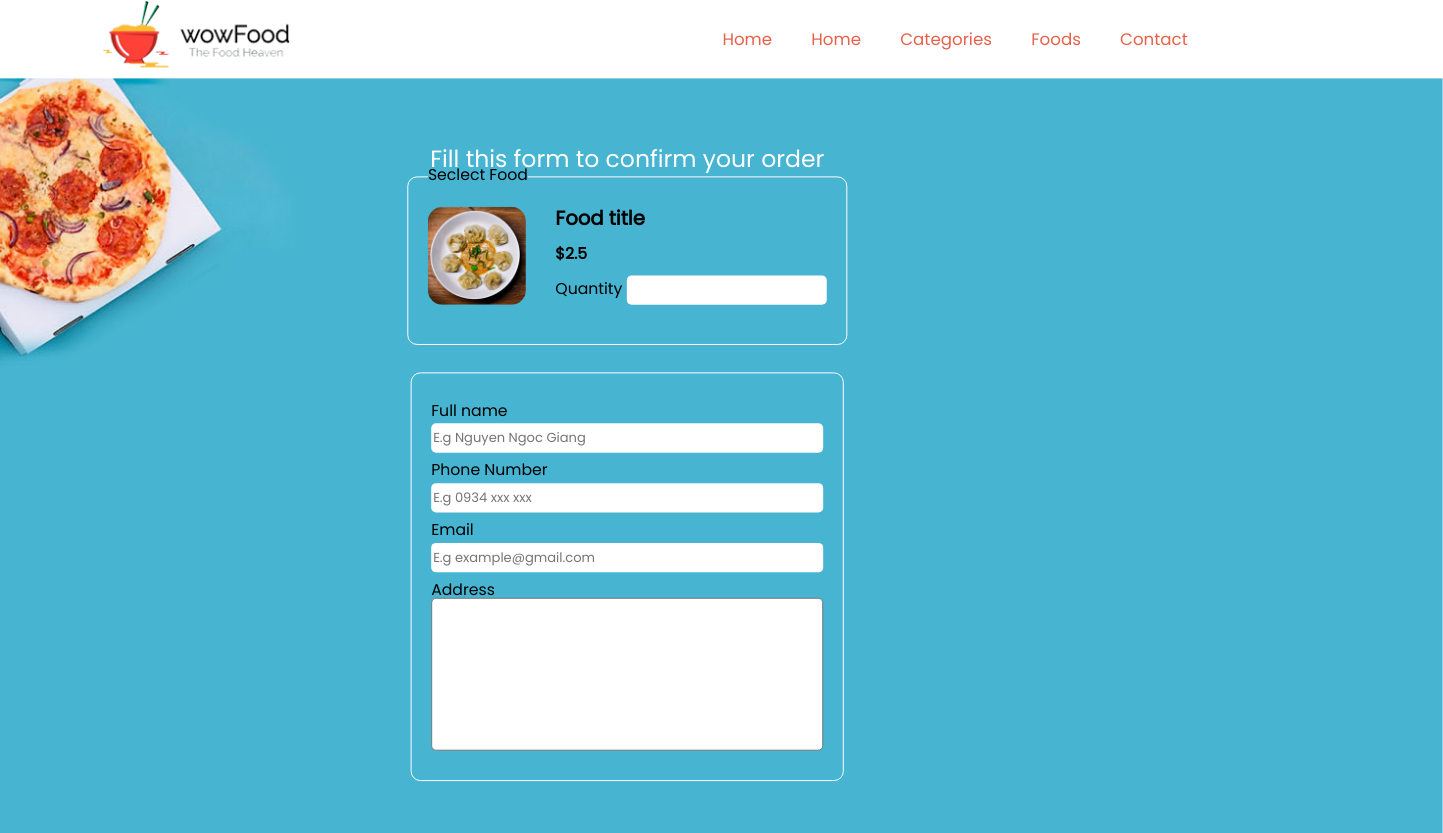
Repository: ruaruababa/WowFood
Page: order.html
These files come from the project's save history. The page is drawn as it stood at one moment and after a run of saves; the edit follows.
The browser window is 1280 px wide. The page is 1472 px wide, so the pictures cover 1472 px, including what lies to the right of the window. The pictures show the whole page, at 98% of full size.

Above is the page before, as saved 2021-09-19 22:42:29.

### order.html
<!DOCTYPE html>
<html lang="en">

<head>
    <meta charset="UTF-8">
    <meta http-equiv="X-UA-Compatible" content="IE=edge">
    <meta name="viewport" content="width=device-width, initial-scale=1.0">
    <title>Order Food</title>
    <link rel="stylesheet" href="./style.css">
    <link rel="stylesheet" href="./reset.css">
    <link rel="stylesheet" href="./order.css">
    <link rel="preconnect" href="https://fonts.googleapis.com" />
    <link rel="preconnect" href="https://fonts.gstatic.com" crossorigin />
    <link
      href="https://fonts.googleapis.com/css2?family=Poppins:wght@400&display=swap"
      rel="stylesheet"
    />
</head>

<body>
    <nav>
        <input type="checkbox" id="check" />
        <label for="check" class="checkbtn">
            <i class="fas fa-bars"></i>
        </label>
        <label class="logo">
            <img src="./img/logo.png" alt="" class="img-logo" />
        </label>
        <ul class="navbar">
            <li><a class="active" href="#">Home</a></li>
            <li><a href="#">Home</a></li>
            <li><a href="#">Categories</a></li>
            <li><a href="#">Foods</a></li>
            <li><a href="#">Contact</a></li>
        </ul>
    </nav>
    <section id=section-order>
        <img src="./bgorder.jpg" alt="" class="bgr" style="position: absolute; z-index: -1;">
        <div class="container-order">
            <form action="">
                <h3 class="title-order">Fill this form to confirm your order</h3>
                <div class="container-seclect-food">
                    <div class="img-food">
                        <!-- <label for="" class="seclect">Seclect Food</label> -->
                        <img src="./img/menu-momo.jpg" alt="" class="bgr-item" />
                    </div>
                    <div class="content-food">
                        <h6 class="title-item">Food title</h6>
                        <span class="price-item">$2.5</span>
                        <label for="" class="quantity">Quantity</label>
                        <input type="number" min="1" max="100" class="inp-number">
                    </div>
                </div>
                <div class="container-delivery-title">
                    <lable class="full-name">Full name</lable>
                    <input type="text" placeholder="E.g Nguyen Ngoc Giang">
                    <lable class="phone-number">Phone Number</lable>
                    <input type="text" placeholder="E.g 0934 xxx xxx">
                    <lable class="email">Email</lable>
                    <input type="text" placeholder="E.g example@gmail.com">
                    <lable class="Address">Address</lable>
                    <textarea name="address" id="" cols="30" rows="10" style="resize: none; border-radius: 5px;"></textarea>


                </div>
            </form>
        </div>
    </section>
</body>

</html>

### style.css

li {
  text-decoration: none;
}

a {
  text-decoration: none;
}

nav {
  height: 80px;
  width: 100%;
}

label.logo {
  padding: 0 100px;
}

nav ul {
  float: right;
  margin-right: 50px;
}

nav ul li {
  display: inline-block;
  line-height: 80px;
  margin: 0 5px;
  font-family: "Poppins", sans-serif;
}

nav ul li a {
  color: #e7614a;
  font-size: 17px;
  padding: 7px 13px;
  border-radius: 3px;
}

.checkbtn {
  font-size: 30px;
  color: white;
  float: right;
  line-height: 80px;
  margin-right: 40px;
  cursor: pointer;
  display: none;
}

#check {
  display: none;
}

ul:hover li {
  filter: blur(3px);
  opacity: 0.5;
  transform: scale(0.98);
  box-shadow: none;
}

ul:hover li:hover {
  transform: scale(1.1);
  filter: blur(0px);
  opacity: 1;
  box-shadow: 0 8px 20px 0px rgba(0, 0, 0, 0.125);
}

.container-section-search {
  position: relative;
  text-align: center;
  margin-top: 15px;
}

.background-search {
  height: 250px;
}

.background-search img {
  height: inherit;
  width: 100%;
  object-fit: cover;
}

.form {
  width: 100%;
  position: absolute;
  top: 50%;
  left: 50%;
  transform: translate(-50%, -50%);
  height: 22px;
}

.input-search {
  width: 35%;
  height: inherit;
}

.btn-search {
  background-color: rgba(250, 59, 59, 0.849);
  border: none;
  border-radius: 5px;
  font-size: 14px;
  color: white;
  cursor: pointer;
  padding: 3px;
}

#section-collection {
  position: relative;
}

.container-section-collection {
  height: max-content;
}

.explore-food {
  padding-top: 70px;
  text-align: center;
  font-size: 24px;
  font-family: "Poppins", sans-serif;
}

.collection-food {
  width: 100%;
}

.list-food {
  margin-top: 50px;
  display: flex;
  justify-content: center;
  column-gap: 50px;
}

.list-food li {
  width: 330px;
  height: 400px;
  transition: 0.2s all;
}

.list-food li:hover {
  transform: scale(0.95);
}

.list-food li img {
  width: 100%;
  height: 100%;
  object-fit: cover;
  border-radius: 10px;
}

.list-food li span {
  font-family: "Poppins", sans-serif;
  display: block;
  font-size: 20px;
  text-align: center;
  color: #ffffff;
  margin-top: -50px;
}

article {
  background-color: #ececec;
}

.title-food-menu {
  padding-top: 70px;
  font-size: 24px;
  text-align: center;
  font-family: "Poppins", sans-serif;
}

.container-menu {
  padding-top: 50px;
  display: grid;
  grid-gap: 20px;
  grid-template-columns: repeat(auto-fit, minmax(550px, 1fr));
  grid-auto-rows: 180px;
  justify-items: center;
  font-family: "Poppins", sans-serif;
}

.container-item:nth-child(odd) {
  justify-self: end;
}

.container-item:nth-child(even) {
  justify-self: start;
}

.container-item {
  background-color: #ffffff;
  display: flex;
  align-items: center;
  border-radius: 15px;
}

.container-item img {
  width: 25%;
  height: 70%;
  object-fit: cover;
  border-radius: 15px;
  margin: 0 28px;
}

.container-item .item-content {
  width: 100%;
  height: 70%;
  object-fit: cover;
  border-radius: 15px;
  margin: 0 28px;
}

.item-content {
  display: inline-block;
}

.title-item {
  font-size: 16px;
  font-weight: bold;
  line-height: 25px;
}

.price-item {
  line-height: 25px;
  font-weight: bold;
}

.des-item {
  font-size: 14px;
  line-height: 20px;
  color: #747d9c;
}

.oder-item {
  text-decoration: none;
  background-color: #f56b81;
  color: white;
  border-radius: 5px;
  padding: 3px;
  display: inline-block;
}

.footer-food-menu {
  margin-top: 30px;
}

.see-all-foods {
  display: block;
  text-align: center;
  text-decoration: none;
  color: #f56b81;
  padding-bottom: 50px;
  font-family: "Poppins", sans-serif;
  transition: 0.2s all;
}

.see-all-foods:hover {
  text-decoration: underline;
  transform: scale(1.1);
}

.social-network-icon {
  display: flex;
  justify-content: center;
  margin-top: 30px;
}

.icon-insta {
  margin: 0 30px;
}

.license {
  margin-top: 40px;
  margin-bottom: 30px;
  font-family: "Poppins", sans-serif;
}

.license p {
  text-align: center;
}

.license p a {
  text-decoration: none;
  color: #e7614a;
}

@media (max-width: 952px) {
  label.logo {
    padding-left: 50px;
  }

  nav ul li a {
    font-size: 16px;
  }

  .container-item:nth-child(odd) {
    justify-self: center;
  }

  .container-item:nth-child(even) {
    justify-self: center;
  }
}

@media (max-width: 858px) {
  i {
    color: black;
  }

  .checkbtn {
    display: block;
  }

  .navbar {
    position: fixed;
    width: 100%;
    height: 250px;
    left: -100%;
    text-align: center;
    transition: all 0.5s;
    z-index: 2;
    background-color: #ffffff;
  }

  nav ul li {
    display: block;
    margin: 10px 0;
    line-height: 30px;
  }

  nav ul li a {
    font-size: 20px;
  }

  #check:checked ~ ul {
    left: 0;
  }

  .container-section-collection {
    height: max-content;
  }
}

section {
  position: relative;
}
@media (max-width: 858px) {
   .container-menu {
    padding-top: 50px;
    display: grid;
    grid-gap: 20px;
    grid-template-columns: repeat(auto-fit, minmax(550px, 1fr));
    grid-auto-rows: 180px;
    justify-items: center;
    font-family: "Poppins", sans-serif;
  }
}

@media (max-width: 414px) {
  label img {
    margin-left: -50px;
  }
  i.fa-bars {
    margin-right: -20px;
  }
  .navbar {
    position: fixed;
    width: 414px;
    height: 250px;
    left: -100%;
    text-align: center;
    transition: all 0.5s;
    z-index: 2;
    background-color: #ffffff;
  }

  nav ul li {
    display: block;
    margin: 10px 0;
    line-height: 30px;
  }

  nav ul li a {
    font-size: 20px;
  }

  #check:checked ~ ul {
    left: 0;
  }
  .list-food {
    display: flex;
    flex-direction: column;
    gap: 15px;
  }

  .item {
    align-self: center;
  }

  .container-menu {
    padding-top: 50px;
    display: grid;
    grid-gap: 20px;
    grid-template-columns: repeat(auto-fit, minmax(375px, 1fr));
    grid-auto-rows: 180px;
    justify-items: center;
    font-family: "Poppins", sans-serif;
  }
}

@media (max-width: 375px) {
  label img {
    margin-left: -50px;
  }
  i.fa-bars {
    margin-right: -20px;
  }
  .navbar {
    position: fixed;
    width: 375px;
    height: 250px;
    left: -100%;
    text-align: center;
    transition: all 0.5s;
    z-index: 2;
    background-color: #ffffff;
  }

  nav ul li {
    display: block;
    margin: 10px 0;
    line-height: 30px;
  }

  nav ul li a {
    font-size: 20px;
  }

  #check:checked ~ ul {
    left: 0;
  }

  .list-food {
    display: flex;
    flex-direction: column;
    gap: 15px;
  }

  .item {
    align-self: center;
  }

  .container-menu {
    padding-top: 50px;
    display: grid;
    grid-gap: 20px;
    grid-template-columns: repeat(auto-fit, minmax(375px, 1fr));
    grid-auto-rows: 180px;
    justify-items: center;
    font-family: "Poppins", sans-serif;
  }
  @media (max-width: 320px) {
  label img {
    margin-top: -70px;
    margin-left: -50px;
    padding-bottom: 10px;
  }
  i.fa-bars {
    margin-right: -20px;
    padding-top: 20px;
  }
  .navbar {
    position: fixed;
    width: 320px;
    height: 250px;
    left: -100%;
    text-align: center;
    transition: all 0.5s;
    z-index: 2;
    background-color: #ffffff;
    margin-top: -5px;
  }

  nav ul li {
    display: block;
    margin: 10px 0;
    line-height: 30px;
  }

  nav ul li a {
    font-size: 20px;
  }

  #check:checked ~ ul {
    left: 0;
  }

  .list-food {
    display: flex;
    flex-direction: column;
    gap: 15px;
  }

  .item {
    align-self: center;
  }

  .container-menu {
    padding-top: 50px;
    display: grid;
    grid-gap: 20px;
    grid-template-columns: repeat(auto-fit, minmax(319px, 1fr));
    grid-auto-rows: 180px;
    justify-items: center;
    font-family: "Poppins", sans-serif;
  }
}

/* article{
  position: relative;
  top: 200px;
} */

### order.css
.container-order{
    position: relative;
}
.title-order{
    font-size: 24px;
    position: absolute;
    left: 50%;
    transform: translateX(-50%);
    padding-top: 70px;
    font-family: "Poppins", sans-serif;
    color: white;
    margin-b: 20px;
}
.container-seclect-food::before{
    content: "Seclect Food";
    background-color: #47b4d1;
    position: absolute;
    margin-top: -40px;
}
.container-seclect-food{
    display: flex;
    position: absolute;
    left: 50%;
    transform: translateX(-50%);
    margin-top: 100px;
    justify-content: flex-start;
    gap: 30px;
    border: 1px solid white;
    padding: 30px 20px;
    border-radius: 10px;
    font-family: "Poppins", sans-serif;
}
.img-food{
    display: inline;
}
.img-food img{
    width: 100px;
    border-radius: 15px;
}
.title-item{
    font-size: 20px;
}
.price-item{
    display: block;
    padding-top: 10px;
}
.inp-number{
    margin-top: 10px;
    width: 200px;
    border-radius: 5px;
}

.container-delivery-title{
    position: absolute;
    margin-top: 300px;
    display: grid;
    grid-template-columns: repeat(auto-fit, minmax(400px, 1fr));
    left: 50%;
    transform: translateX(-50%);
    border: 1px solid white;
    padding: 30px 20px;
    border-radius: 10px;
    font-family: "Poppins", sans-serif;
}

input{
    border: 0px;
    border-radius: 5px;
    padding: 5px 2px ;
    margin-bottom: 10px;
    margin-top: 5px;
    font-family: "Poppins", sans-serif;
}
label{
    font-family: "Poppins", sans-serif;
}

Loaded but not shown: reset.css (common file)

After the next 2 saves:
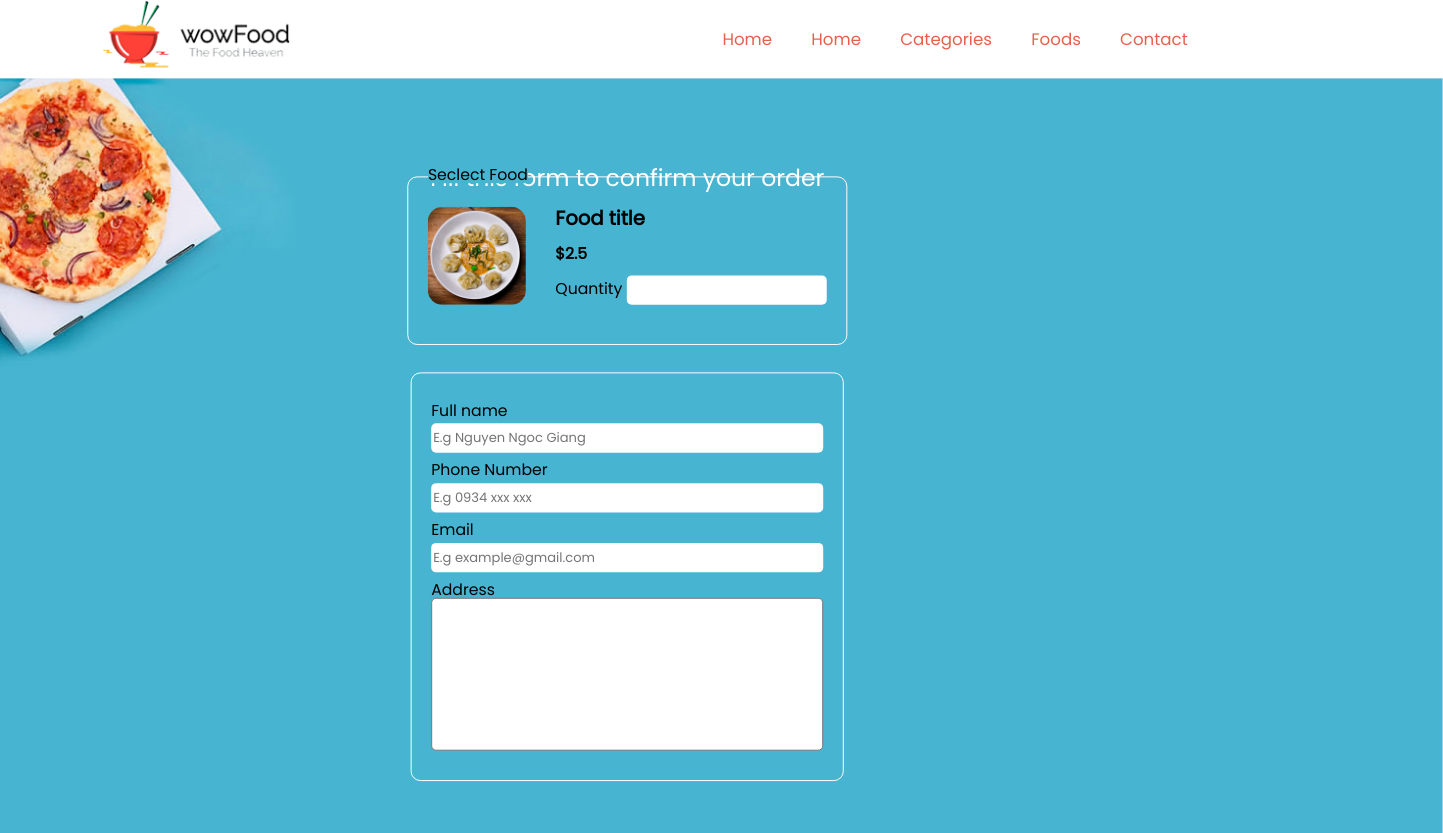
The 2 saves are shown as one change because they came seconds apart.
The last was saved 7 s later.
--- a/order.css
+++ b/order.css
@@ -9,7 +9,7 @@
     padding-top: 70px;
     font-family: "Poppins", sans-serif;
     color: white;
-    margin-b: 20px;
+    margin-top: 20px;
 }
 .container-seclect-food::before{
     content: "Seclect Food";

After the save that followed:
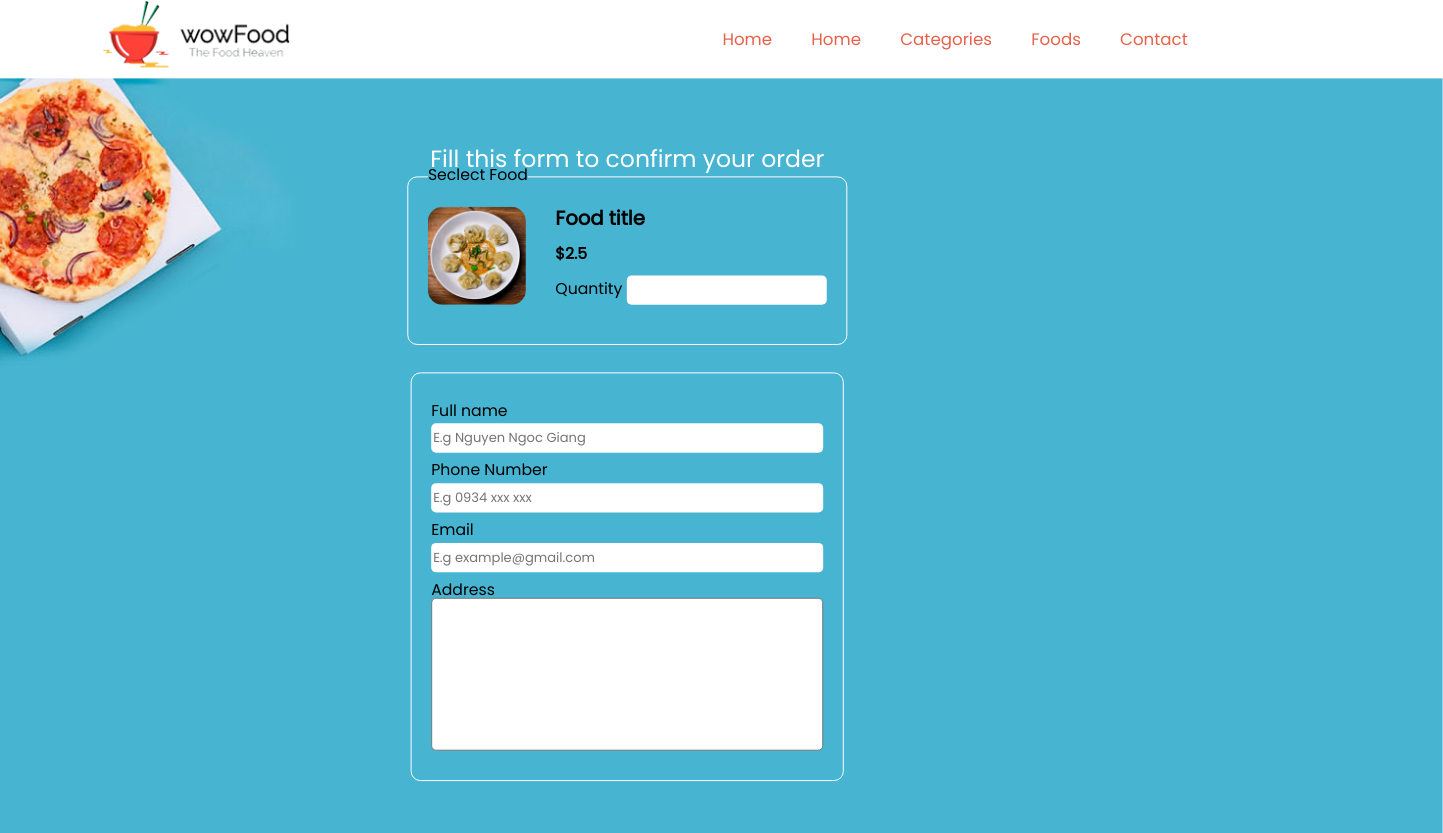
Saved 6 s later.
--- a/order.css
+++ b/order.css
@@ -9,7 +9,6 @@
     padding-top: 70px;
     font-family: "Poppins", sans-serif;
     color: white;
-    margin-top: 20px;
 }
 .container-seclect-food::before{
     content: "Seclect Food";
